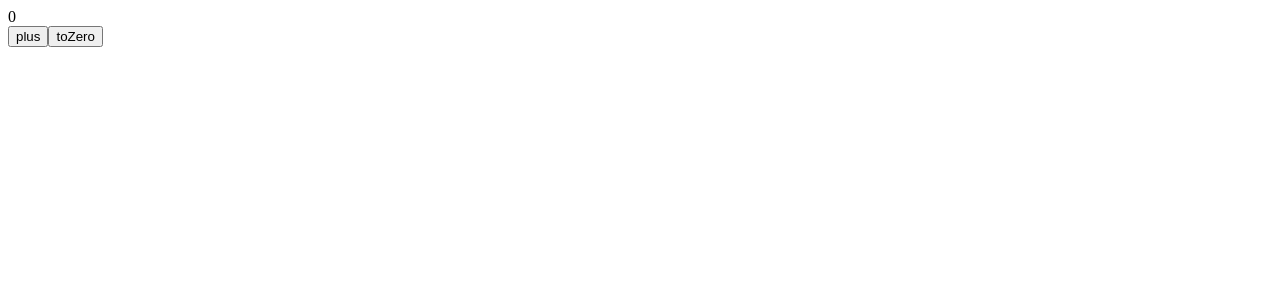
Repository: 2Lavine/fullstack
Page: / (app in part1/)
These files come from the project's save history. The page is drawn as it stood at one moment and after a run of saves; the edit follows.
The browser window is 1280 px wide. The pictures show the whole page.
The project was rebuilt for these pictures with package versions that can differ from the ones it lists, and the page was loaded fresh each time.

Above is the page before, as saved 2020-08-31 21:42:35.

### part1/src/index.js
import React, { useState } from "react";
import ReactDOM from "react-dom";

const Display = ({ counter }) => {
  return <div>{counter}</div>;
};
const ButtonNew = ({ handleClick, text }) => {
  return <button onClick={handleClick}> {text}</button>;
};
const App = () => {
  const [counter, setCounter] = useState(0);
  const [clicks, setClicks] = useState({
    left: 0,
    right: 0,
  });
  const handleLeftClick = () => {
    const newClicks = {
      left: clicks.left + 1,
      right: clicks.right,
    };
    setClicks(newClicks);
  };
  const handleRightClick = () => {
    const newClicks = {
      left: clicks.left,
      right: clicks.right + 1,
    };
    setClicks(newClicks);
  };
  const increse = () => {
    setCounter(counter + 1);
  };
  const toZero = () => setCounter(0);
  return (
    <div>
      <Display counter={counter}></Display>
      <div>
        <ButtonNew handleClick={increse} text="plus"></ButtonNew>
        <ButtonNew handleClick={toZero} text="toZero"></ButtonNew>
      </div>
    </div>
  );
};

ReactDOM.render(<App></App>, document.getElementById("root"));

Loaded but not shown: part1/public/index.html (common file)

After the next 2 saves:
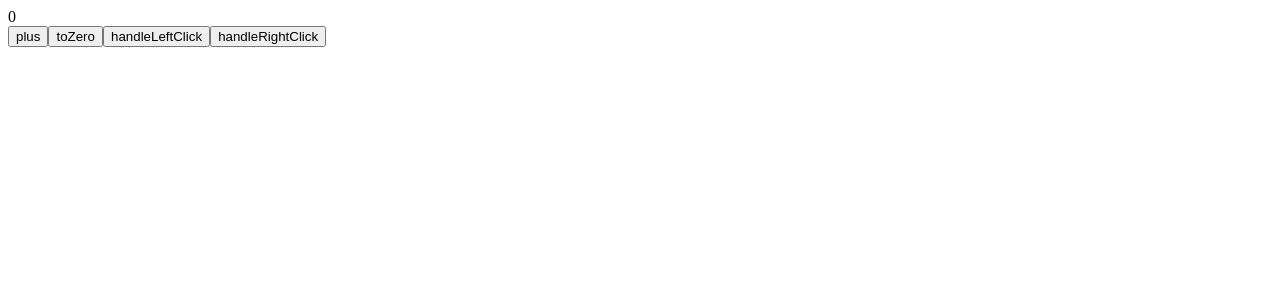
The 2 saves are shown as one change because they came seconds apart.
The last was saved 27 s later.
--- a/part1/src/index.js
+++ b/part1/src/index.js
@@ -37,6 +37,14 @@ const App = () => {
       <div>
         <ButtonNew handleClick={increse} text="plus"></ButtonNew>
         <ButtonNew handleClick={toZero} text="toZero"></ButtonNew>
+        <ButtonNew
+          handleClick={handleLeftClick}
+          text="handleLeftClick"
+        ></ButtonNew>
+        <ButtonNew
+          handleClick={handleRightClick}
+          text="handleRightClick"
+        ></ButtonNew>
       </div>
     </div>
   );
